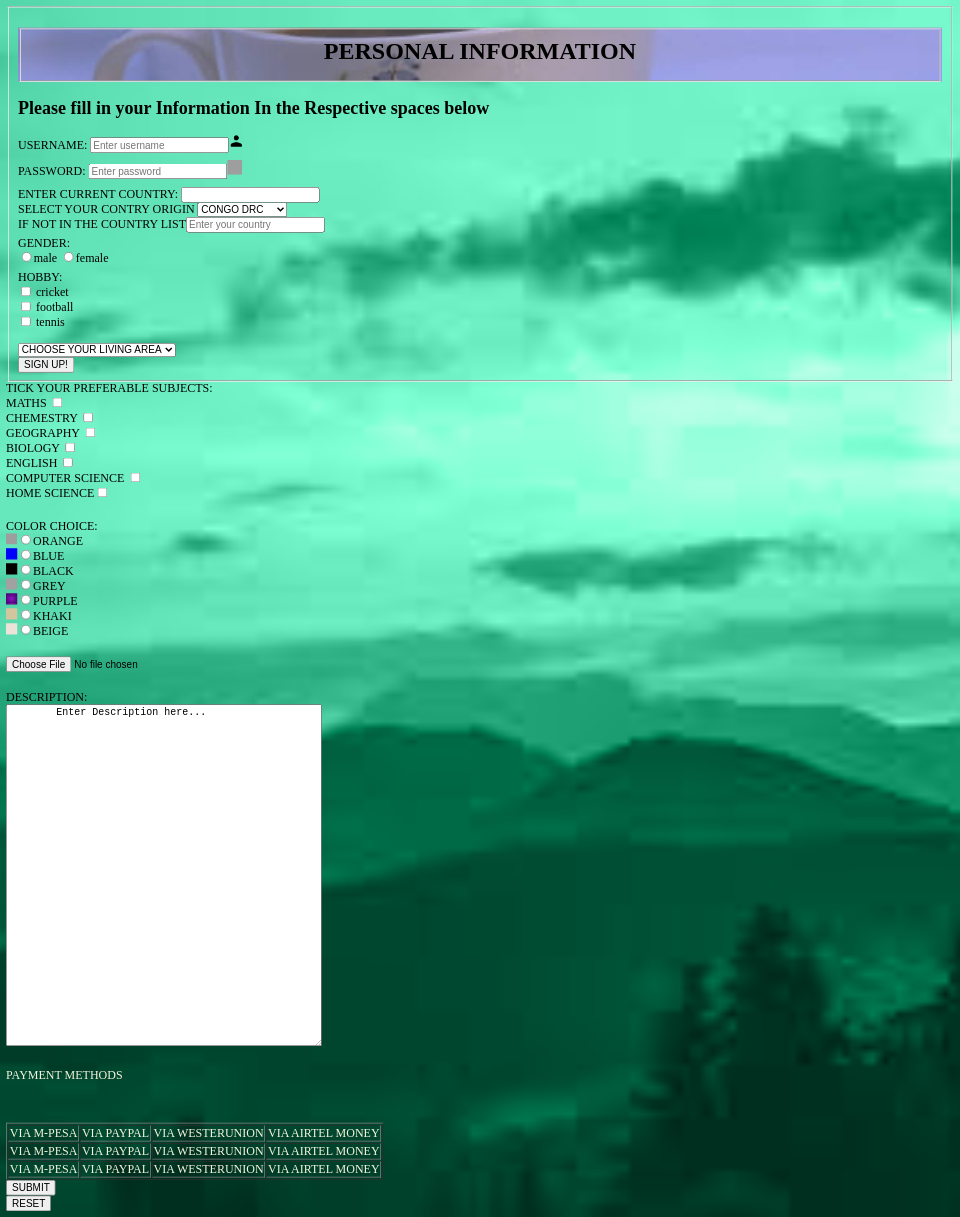
Repository: mirambialex/myform
Page: website/INDEX.HTML
These files come from the project's save history. The page is drawn as it stood at one moment and after a run of saves; the edit follows.
The browser window is 1280 px wide. The pictures show the whole page, at 75% of full size.
Pictures or frames that could not be fetched are drawn as grey boxes.

Above is the page before, as saved 2024-04-18 11:20:07.

### website/INDEX.HTML
<!DOCTYPE html>
<html lang="en">
<head>

    <title>WEBPAGE DESIGN</title>
    <LINK REL="STYLESHEET" HREF="STYLE.CSS">
</head>
<body>
   <FOrm> <FIEldset>
            <DIV class="AI">
                <h1><FIEldset>PERSONAL INFORMATION </FIEldset></h1>
</DIV>
<DIV CLASS="BI"> <H2>
    Please fill in your Information In the Respective spaces below
</H2>
</DIV>
<div class="gb">
 <DIV class="MAIN">USERNAME: <INPUT TYPE="TEXT" placeholder="Enter username"><img width="20" height="20" src="user.jpg"<br/>

 </DIV>
 <DIV class="A"> PASSWORD: <INPUT TYPE="PASSWORD" placeholder="Enter password"><img width="20" height="20" src="https://img.icons8.com/ios-filled/50/lock.png" alt="lock"/> <br/></DIV>
    <DIV class="AB">
        ENTER CURRENT COUNTRY: <INPUT type="text"></INPUT>
    </DIV>
    <DIV CLASS="B">
        SELECT YOUR CONTRY ORIGIN <SELect>
            <OPTIon>CONGO DRC</OPTIon>
            <OPTIon>KENYA</OPTIon>
            <OPTIon>SUDAN</OPTIon>
            <OPTIon>SOUTH SUDAN</OPTIon>
            <OPTIon>RWANDA</OPTIon>
            <OPTIon>BURUNDI</OPTIon>
            <OPTIon>UGANDA</OPTIon>
            <OPTIon>TANZANIA</OPTIon>
            <OPTIon>SOMALIA</OPTIon>

        </SELect> <br/>
    </DIV>
    <div class="wcb">
    IF NOT IN THE COUNTRY LIST<INPUt type="TEXT" placeholder="Enter your country"</INPUt>
    </div>
<div class="d">
<LAbeL for="GENDER">GENDER: </LAbel><BR/>
<INPUT type="radio" ID="GENDER" name="GENDER" VALUE="male"/>male
<INPUT type="radio" ID="GENDER" name="GENDER" VALUE="female"/>female <br/>
</div>
<div class="e">
HOBBY:<br>
<input type="checkbox" id="cricket" name="cricket" value="cricket"/>
<label for="cricket">cricket</label> <br>
<input type="checkbox" id="football" name="football" value="football"/>
<label for="football">football</label> <br>
<input type="checkbox" id="tennis" name="tennis" value="tennis"/>
<label for="tennis">tennis</label> <br>
<br/> </div>
<div class="address">
    <select name="address">
        <option value="one">CHOOSE YOUR LIVING AREA</option>
        <option>kakuma town</option>
        <option>kakuma 1</option>
        <option>kakuma 2</option>
        <option>kakuma 3</option>
        <option>kakuma 4</option>
        <option>kalobeyeyi</option>
    </select>
</div>
<DIV class="C"><BUTTon>SIGN UP!</BUTTon></DIV>
</FIEldset>
</div>
</div>
</DIV>
</FORM>
<FORM>
    <DIV class="FORM"></A>TICK YOUR PREFERABLE SUBJECTS: <BR/>
    MATHS <input TYPE="checkbox" NAME="MATHS" VALUE="ON"><BR/>
    CHEMESTRY <INPUT type="checkbox" NAME="CHEMESTRY" VALUE="ON"><BR/>
        GEOGRAPHY <INPUT type="checkbox" NAME="GEOGRAPHY" value="ON"><BR/>
            BIOLOGY <INPUT type="checkbox" NAME="BIOLOGY" VALUE="ON"><BR/>
                ENGLISH <input type="checkbox" name="ENGLISH" value="ON"><BR/>
                COMPUTER SCIENCE <input TYPE="checkbox" name="COMPUTER SCIENCE" value="ON"><BR/>
                HOME SCIENCE<input type="checkbox" name="HOME SCIENCE" VALUE="ON"></BR></DIV>
                <DIV class="FORM2">
                    <LAbel FOR="COLOR CHOICE">COLOR CHOICE:</LAbel><BR/>
                    <IMG WIDTH="15" HEIGHT="15" SRC="ORAGE.JPG"><INPut type="RADIO" NAME="COLOR" VALUE="ORANGE">ORANGE</INPut><BR/>
                    <IMG WIDTH="15" HEIGHT="15" SRC="BLUE.JPG"><INPut type="RADIO" NAME="COLOR" VALUE="BLUE">BLUE</INPut><BR/>
                    <IMG WIDTH="15" HEIGHT="15" SRC="BLACK.JPG"><INPut type="RADIO" NAME="COLOR" VALUE="BLACK">BLACK</INPut><BR/>
                    <IMG WIDTH="15" HEIGHT="15" SRC="GREY.JPG"><INPut type="RADIO" NAME="COLOR" VALUE="GREY">GREY</INPut><BR/>
                    <IMG WIDTH="15" HEIGHT="15" SRC="PURPLE.JPG"><INPut type="RADIO" NAME="COLOR" VALUE="PURPLE">PURPLE</INPut><BR/>
                    <IMG WIDTH="15" HEIGHT="15" SRC="KHAKI.JPG"><INPut type="RADIO" NAME="COLOR" VALUE="KHAKI">KHAKI</INPut><BR/>
                    <IMG WIDTH="15" HEIGHT="15" SRC="BEIGE.JPG"><INPut type="RADIO" NAME="COLOR" VALUE="BEIGE">BEIGE</INPut><BR/>
                </DIV>
                <DIV class="FILE"><INPUT TYPE="FILE" NAME="FILEUPLOAD" accept="IMAGE/*" /></DIV>
                <DIV class="FORM1">
    DESCRIPTION: <br/>
    <textarea name="Description" cols="50" rows="30">
        Enter Description here...
    </textarea>
</DIV>
<DIV class="TABLE1">
    <TABle border="1">PAYMENT METHODS<BR/>
    <TR><BR/>
    <TD>VIA M-PESA</TD>
    <TD>VIA PAYPAL</TD>
    <TD>VIA WESTERUNION</TD>
    <TD>VIA AIRTEL MONEY</TD>
</TR>
<TR><BR/>
    <TD>VIA M-PESA</TD>
    <TD>VIA PAYPAL</TD>
    <TD>VIA WESTERUNION</TD>
    <TD>VIA AIRTEL MONEY</TD>
</TR>
<TR><BR/>
    <TD>VIA M-PESA</TD>
    <TD>VIA PAYPAL</TD>
    <TD>VIA WESTERUNION</TD>
    <TD>VIA AIRTEL MONEY</TD>
</TR>
</TABle>
</DIV>
<FORm>
<INPut type="submit" name="submit" value="SUBMIT"></INPut><BR/>
<INPut type="RESET" name="RESET" value="RESET"></INPut><BR/>
<INPut type="HIDDEN" name="HIDDEN" value="HIDDEN"></INPut>
</FORM>
 </body>
</html>

### website/STYLE.CSS
BODY{
    background-image: url(IMAGE.JPG);
    background-color: aquamarine;
    background-position: center;
    background-size: cover;
    background-repeat: no-repeat;
    background-blend-mode: luminosity;
}
H1{
    text-align: center;
}
.O{
    background-color: aliceblue;
    background-image: url(ALEX.PNG.JPG);
}
.MAIN{
    margin-bottom: 0.8%;
    background-color:
}
.A{
    margin-bottom: 0.8%;
}
.c{
    margin-bottom: 1.5%;
    color: blueviolet;
    text-decoration: aqua;
}
.d{
    margin-top: 0.4%;

}
.e{
    margin-top: 0.6%;
}
.AI{
    background-image: url(ALEX.JPG);
    background-repeat: no-repeat;
    background-position: center;
    background-size: cover;
}
.gb{
    display: block;

}
: :-ms-input-placeholder{
    color:red;
}
.address{

}
.FORM1{
    margin-top: 2%;
    margin-bottom: 2%;
}
.TABLE1{
    color: beige;
    border-radius: 20;

}
.FORM2{
    margin-top: 2%;
}
.FILE{
    margin-top: 2%;
}
.SEARCH{
    width: 350PX;
    float: left;
    margin-left: 270PX;
}
.SRCH{
    height: 0;
    width: 200PX;
    background: transparent;
    border: 1PX solid orange;
    font-family: 'Times New Roman';
    margin-top: ;
    color: ;
    font-size: ;
    border-right: ;
}

After the next 2 saves:
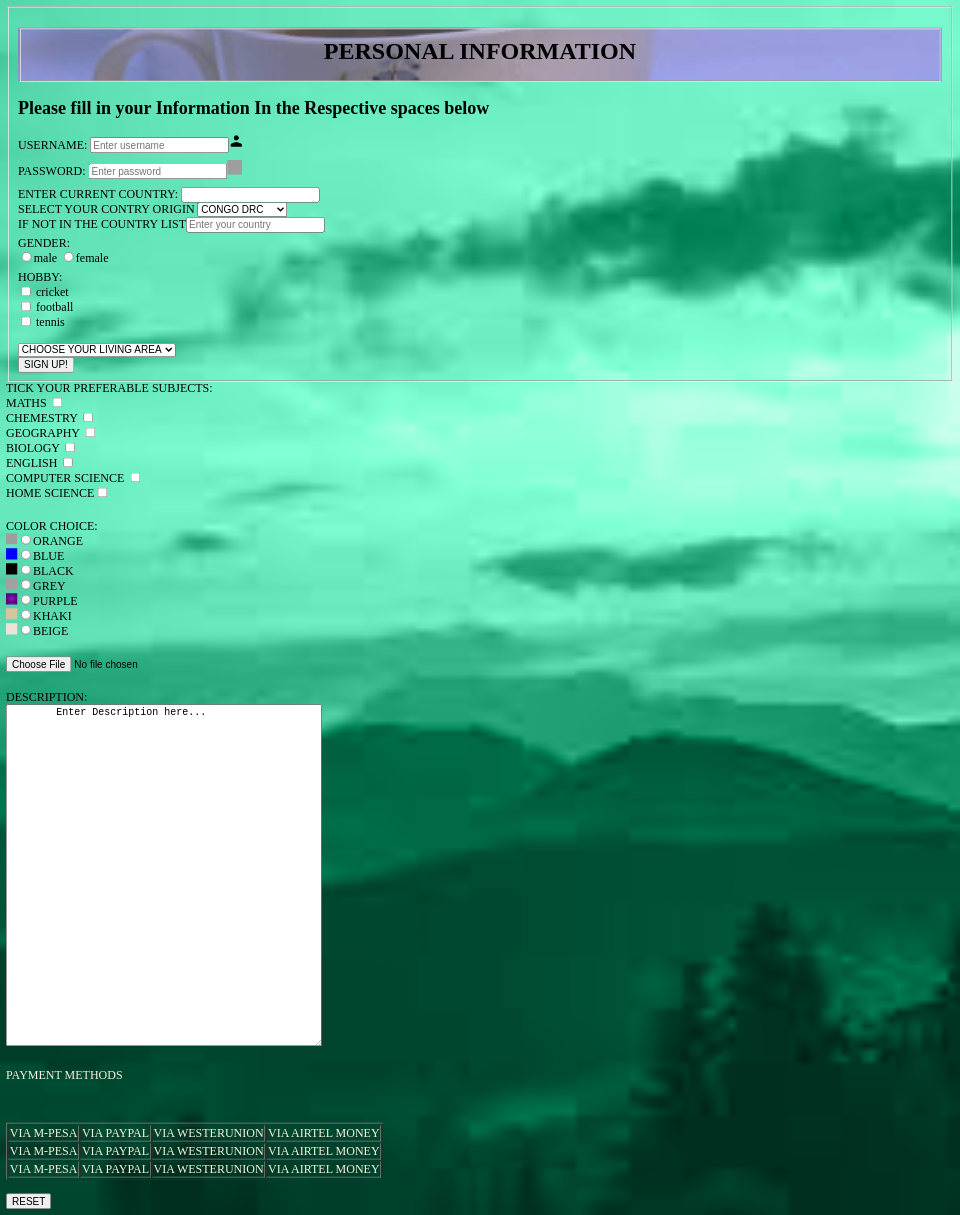
The 2 saves are shown as one change because they came seconds apart.
The last was saved 34 s later.
--- a/website/INDEX.HTML
+++ b/website/INDEX.HTML
@@ -118,7 +118,7 @@
 </TR>
 </TABle>
 </DIV>
-<FORm>
+<FORm class=""
 <INPut type="submit" name="submit" value="SUBMIT"></INPut><BR/>
 <INPut type="RESET" name="RESET" value="RESET"></INPut><BR/>
 <INPut type="HIDDEN" name="HIDDEN" value="HIDDEN"></INPut>

After the 4 saves that followed:
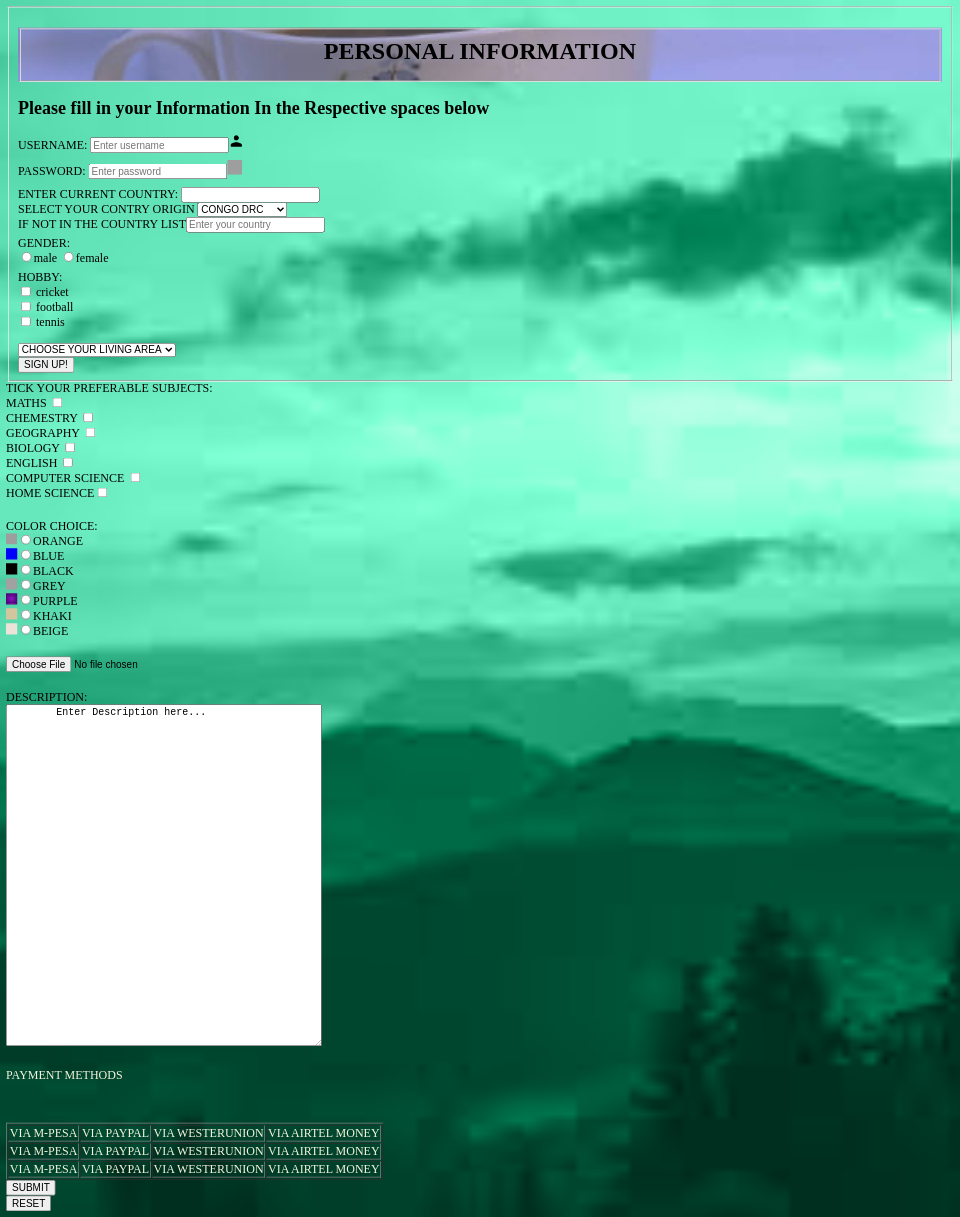
The 4 saves are shown as one change because 1 left the picture as it was and some came seconds apart.
The last was saved 16 s later.
--- a/website/INDEX.HTML
+++ b/website/INDEX.HTML
@@ -118,7 +118,7 @@
 </TR>
 </TABle>
 </DIV>
-<FORm class=""
+<FORm class="FORM5"></FORm>
 <INPut type="submit" name="submit" value="SUBMIT"></INPut><BR/>
 <INPut type="RESET" name="RESET" value="RESET"></INPut><BR/>
 <INPut type="HIDDEN" name="HIDDEN" value="HIDDEN"></INPut>
